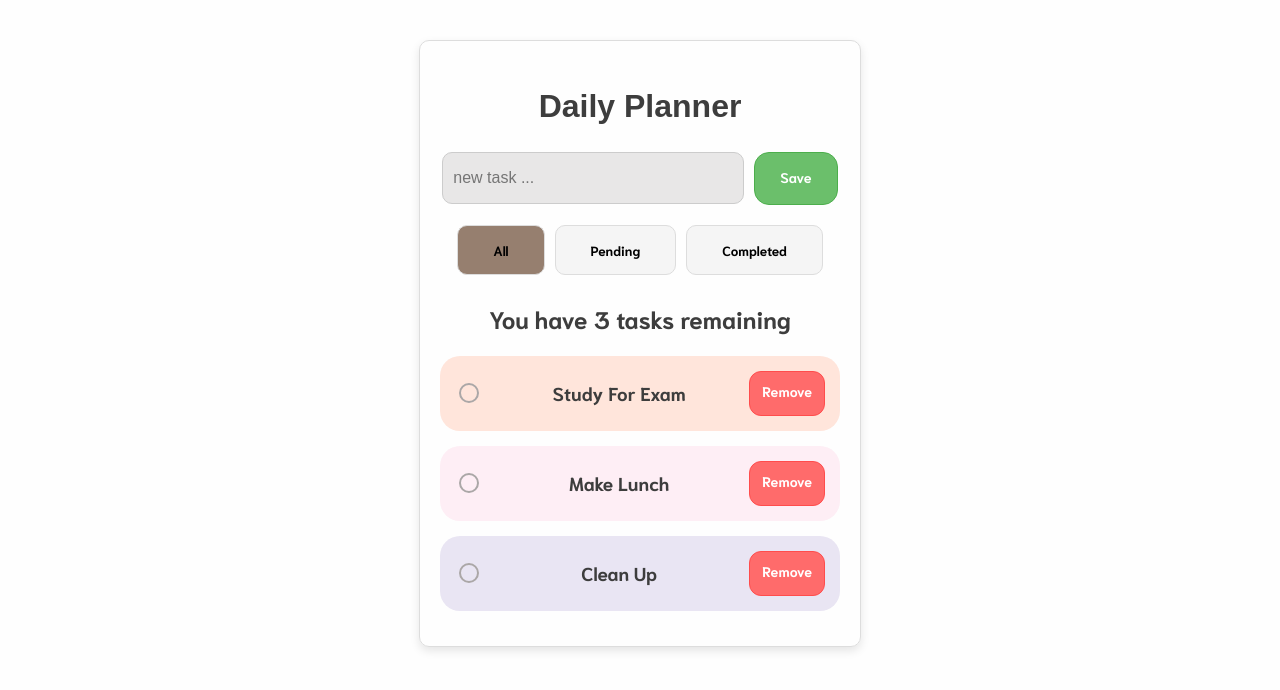
Repository: Zalida-Khan/Frontend-Lab4
Page: /
These files come from the project's save history. The page is drawn as it stood at one moment and after the next save; the edit follows.
The browser window is 1280 px wide. The pictures show the whole page.
The pointer rests on the first visible `.filter-buttons button`.
Some web fonts or font styles are not loaded; a fallback is used. The project was rebuilt for these pictures with package versions that can differ from the ones it lists, and the page was loaded fresh each time. Also part of the build but not shown: vite.config.js.

Above is the page before, as saved 2024-10-29 23:06:26.

After the next save:
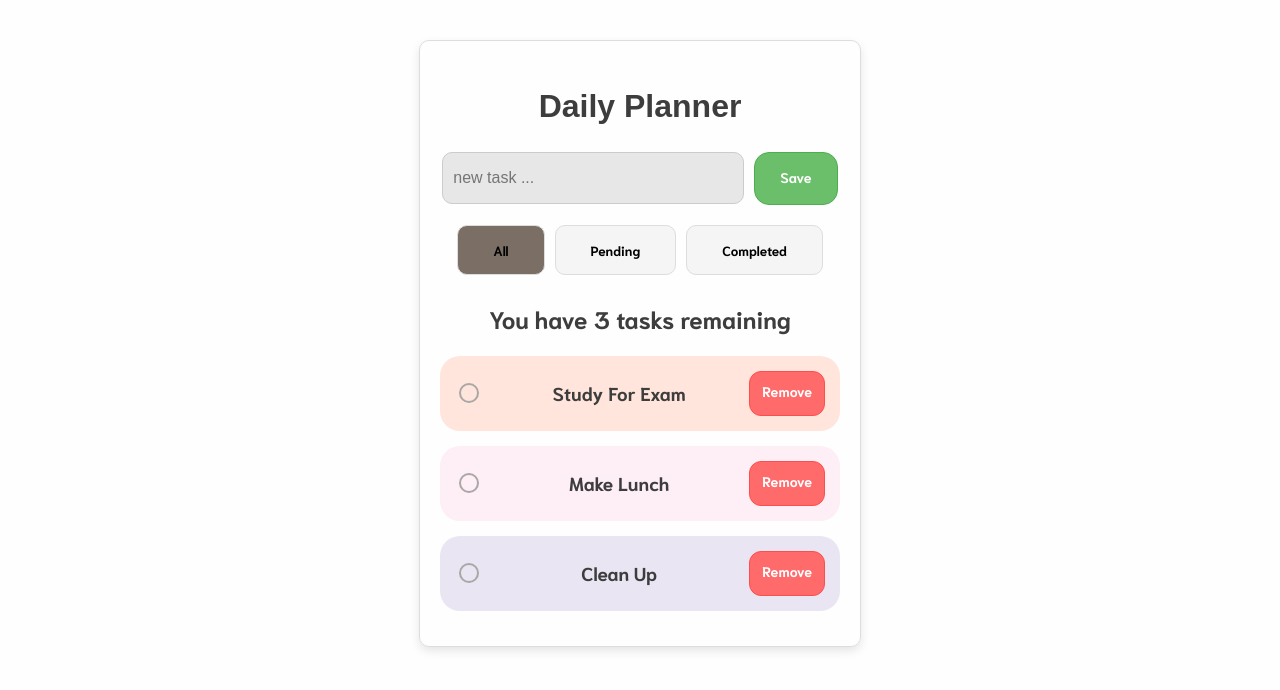
Saved 9 s later.
--- a/src/App.css
+++ b/src/App.css
@@ -184,7 +184,7 @@ h1 {
 }
 
 .filter-buttons button:hover {
-  background-color: #967f6f;
+  background-color: #7a6e65;
 }
 
 .filter-buttons .active {
